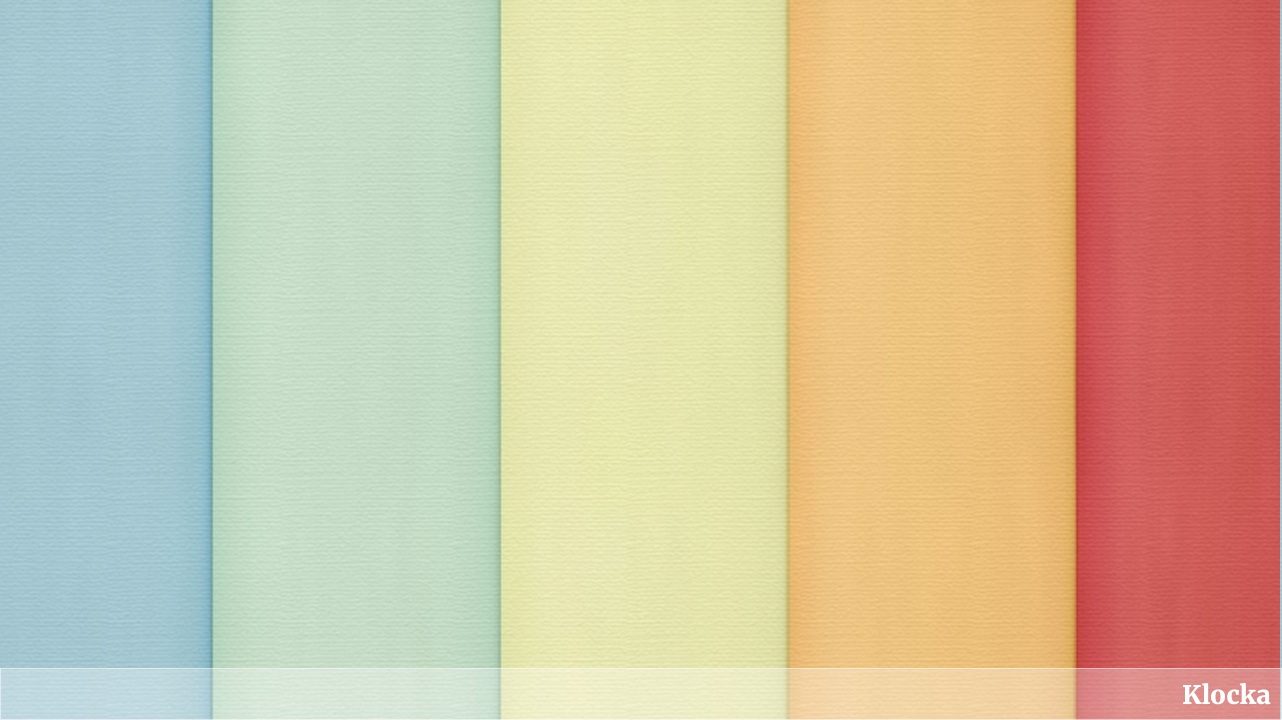
Repository: RebeccaFransson/1dv403-laborationer
Page: 5-pwd/desktop.html
The author's editor kept a record of every edit. The page is drawn from the files as they stood at one moment, then again after the next edit.
The browser window is 1280 px wide. The page is 1282 px wide, so the pictures cover 1282 px, including what lies to the right of the window. The pictures show the whole page.
Some web fonts or font styles are not loaded; a fallback is used.

Above is the page before.
Console error: ReferenceError: RF222CZ is not defined

After the next edit:
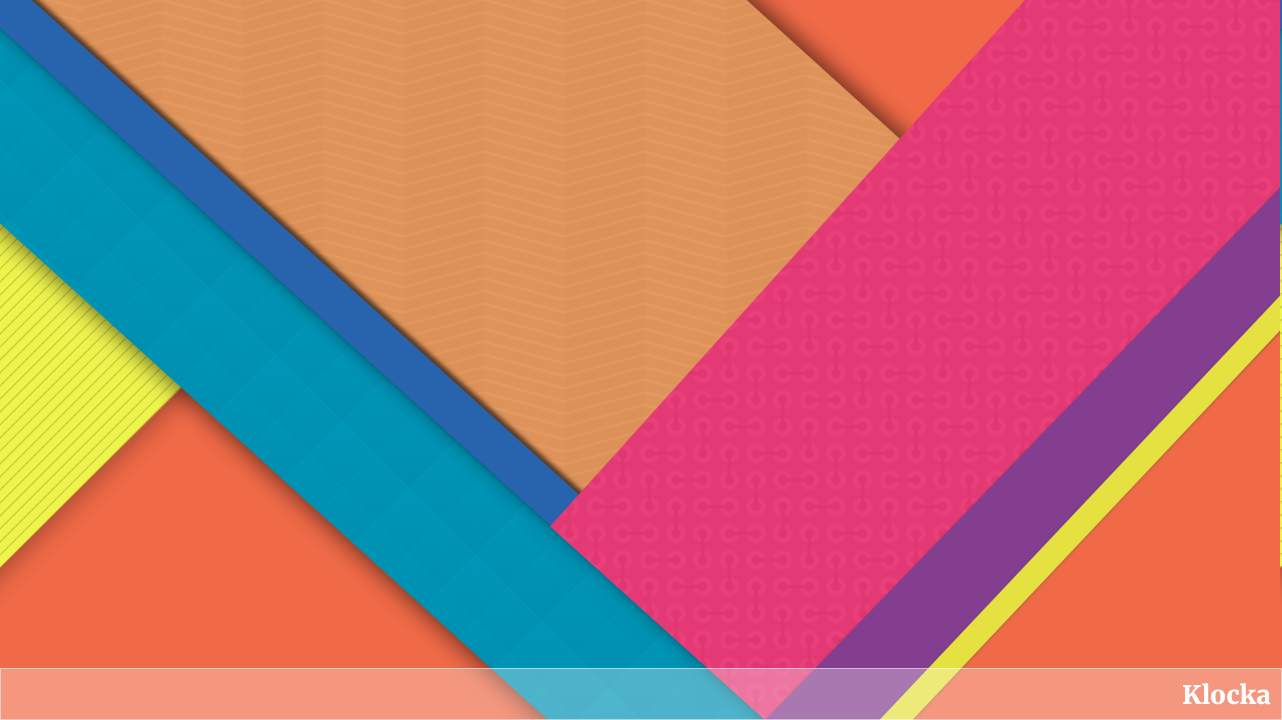
The edit:
--- a/5-pwd/desktopstyle.css
+++ b/5-pwd/desktopstyle.css
@@ -1,5 +1,5 @@
 body, html{
-    background-image: url('pics/BG2.jpg');
+    background-image: url('pics/Material_Design.png');
     background-size:cover;
     margin: 0px;
     padding: 0px;
